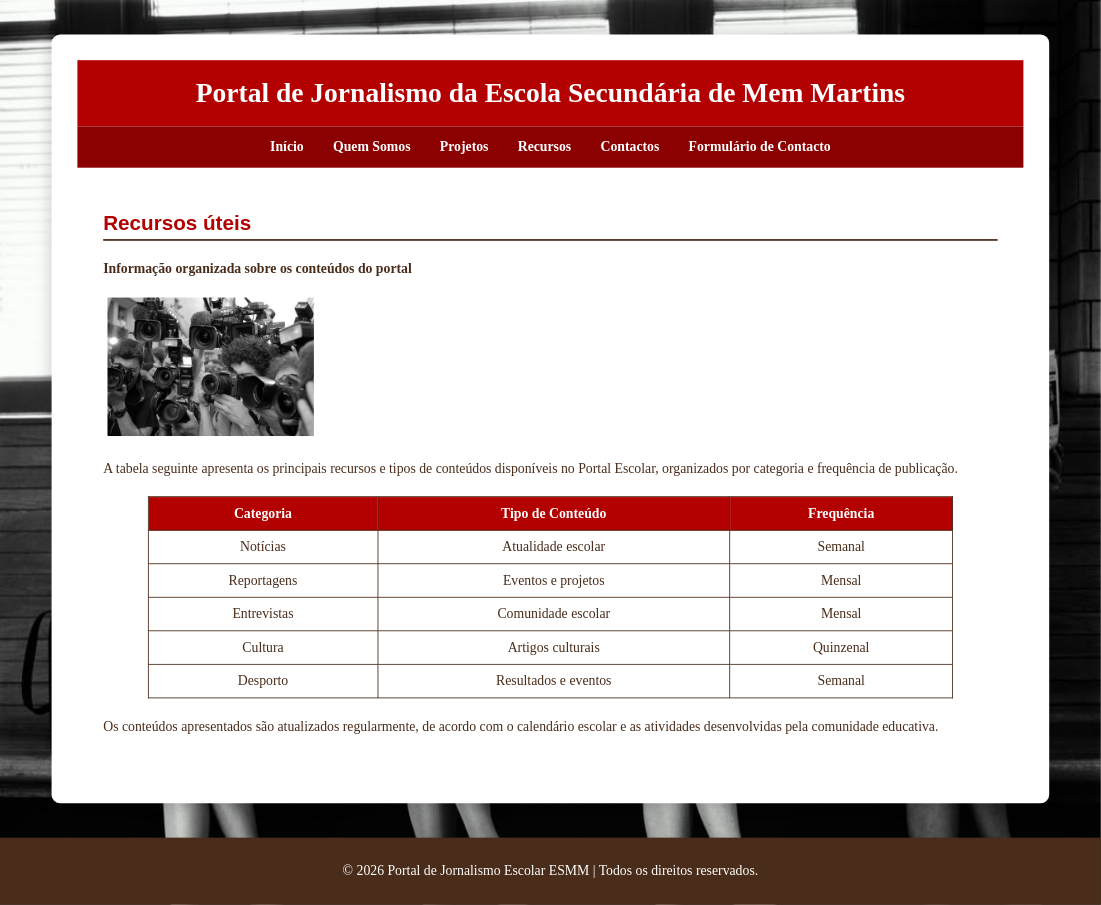
Repository: Sofiampsantos/Portal-de-Jornalismo-Escolar
Page: ProjetoProgV2/FormularioContacto/src/main/webapp/recursos.html
The author's editor kept a copy of each file at every save. The page is drawn from the files as they stood at one save, then again after the next save.
The browser window is 1280 px wide. The pictures show the whole page, at 86% of full size.
Backgrounds fixed to the window are drawn as part of the page. Some web fonts or font styles are not loaded; a fallback is used.

Above is the page before, as saved 2026-05-23 19:16:03.
Console error: TypeError: Cannot set properties of null (setting 'innerText')

### ProjetoProgV2/FormularioContacto/src/main/webapp/recursos.html
<!DOCTYPE html>
<html>
<head>
<meta charset="UTF-8">
<title>Portal de Jornalismo Escolar - ESMM - Recursos</title>
<link rel="stylesheet" href="styles/estilo.css">
</head>
<body style="background-image: url('img/jornmulheres.jpg'); background-size: cover; background-repeat: no-repeat; background-attachment: fixed; background-position: center;">

 <div class="container">

<header id="topo">
	<h1>Portal de Jornalismo da Escola Secundária de
	     Mem Martins</h1>
</header>

<nav id="navegacao">
		<ul>
			<li><a href="index.html">Início</a></li>
			<li><a href="quem_somos.html">Quem Somos</a></li>
			<li><a href="projetos.html">Projetos</a></li>
			<li><a href="recursos.html">Recursos</a></li>
			<li><a href="contactos.html">Contactos</a></li>
			<li><a href="contato.jsp">Formulário de Contacto</a></li>
		</ul>
</nav>
<section id="conteudo">

		<h2>Recursos úteis</h2>
		<p>
			<strong>Informação organizada sobre os conteúdos do portal</strong></p>

			<img alt="Fotografia do Portal de Jornalismo Escolar"
		 		src="img/cameras.jpg">

			<p>A tabela seguinte apresenta os principais recursos e tipos de
			conteúdos disponíveis no Portal Escolar, organizados por categoria
			e frequência de publicação.</p>

			<table>
                <tr>
                    <th>Categoria</th>
                    <th>Tipo de Conteúdo</th>
                    <th>Frequência</th>
                </tr>
                <tr>
                    <td>Notícias</td>
                    <td>Atualidade escolar</td>
                    <td>Semanal</td>
                </tr>

                <tr>
                    <td>Reportagens</td>
                    <td>Eventos e projetos</td>
                    <td>Mensal</td>
                </tr>

                <tr>
                    <td>Entrevistas</td>
                    <td>Comunidade escolar</td>
                    <td>Mensal</td>
                </tr>

                <tr>
                    <td>Cultura</td>
                    <td>Artigos culturais</td>
                    <td>Quinzenal</td>
                </tr>

                <tr>
                    <td>Desporto</td>
                    <td>Resultados e eventos</td>
                    <td>Semanal</td>
                </tr>
            </table>

            <p>Os conteúdos apresentados são atualizados regularmente, de acordo com o
        calendário escolar e as atividades desenvolvidas pela comunidade educativa.</p>

        </section>
        </div>

<footer id="rodape">
		<p>&copy; 2026 Portal de Jornalismo Escolar ESMM | Todos os direitos
			reservados.</p>
	</footer>

	<script src="scripts/script.js"></script>

</body>
</html>

### ProjetoProgV2/FormularioContacto/src/main/webapp/styles/estilo.css
@charset "UTF-8";
@import url('https://fonts.googleapis.com/css2?family=League+Spartan:wght@400;600;700&display=swap');


/* ===== ESTILO GERAL ===== */
body {
    margin: 0;
    padding: 0;
    font-family: "Times New Roman", Times, serif;
    color: #4a2c1a;
}

.container {
    max-width: 1100px;
    margin: 40px auto;
    background-color: white;
    padding: 30px;
    border-radius: 10px;
    box-shadow: 0 0 20px rgba(0,0,0,0.2);
}

/* ===== CABEÇALHO ===== */
#topo {
    background-color: #b30000;
    color: #ffffff;
    padding: 20px;
    text-align: center;
}

#topo h1 { margin: 0; }

/* ===== NAVEGAÇÃO ===== */
nav {
    display: flex;
    justify-content: center;
    background-color: #8B0000;
    padding: 15px 0;
}

nav ul {
    list-style: none;
    padding: 0;
    margin: 0;
}

nav ul li {
    display: inline;
    margin: 0 15px;
}

nav a {
    color: white;
    text-decoration: none;
    font-weight: bold;
}

nav a:hover {
    text-decoration: underline;
}

/* ===== CONTEÚDO E TÍTULOS ===== */
#conteudo { padding: 30px; animation: aparecer 2s ease-in; }

h2 {
    color: #b30000;
    border-bottom: 2px solid #4a2c1a;
    padding-bottom: 5px;
    font-family: 'League Spartan', Arial, sans-serif;
}

p { line-height: 1.6; }

/* ===== IMAGENS ===== */
/* Imagem do logo com classe específica */
.logo { width: 184px; height: 211px; }

/* Imagens do conteúdo */
section img {
    width: 240px;
    height: auto;
    margin: 5px;
}

/* ===== TABELA ===== */
table {
    width: 90%;
    margin: 20px auto;
    border-collapse: collapse;
}

th, td {
    padding: 10px;
    border: 1px solid #4a2c1a;
    text-align: center;
}

th { background-color: #b30000; color: #ffffff; }

/* CORREÇÃO MÁXIMA: Força os links de ordenação a ficarem brancos em qualquer estado */
th a,
th a:link,
th a:visited,
th a:active {
    color: #ffffff !important;
    text-decoration: none !important;
}

th a:hover {
    text-decoration: underline !important;
    color: #ffffff !important;
}

/* ===== FORMULÁRIO ===== */
form {
    max-width: 600px;
    margin: 40px auto;
    padding: 30px;
    border-top: 6px solid #8B0000;
    box-shadow: 0 4px 10px rgba(0, 0, 0, 0.1);
}

form input, form textarea, form select {
    width: 100%;
    padding: 10px;
    margin-top: 5px;
    border: 1px solid #c4a484;
}

/* ===== RODAPÉ ===== */
#rodape {
    background-color: #4a2c1a;
    color: #ffffff;
    text-align: center;
    padding: 10px;
    margin-top: 40px;
}

/* ===== ANIMAÇÕES ===== */
@keyframes aparecer {
    from { opacity: 0; }
    to { opacity: 1; }
}

.card { transition: transform 0.3s ease; }
.card:hover { transform: translateY(-5px); }

### ProjetoProgV2/FormularioContacto/src/main/webapp/scripts/script.js
function mostrarMensagem() {
	alert("Estás no Portal de Jornalismo Escolar!");
}

function confirmarPortal() {
	var resposta = confirm("Tens uma notícia ou sugestão?");
	var paragrafo = document.getElementById("resposta");

	if (paragrafo) {
		if(resposta) {
			paragrafo.innerHTML = "Obrigado por contribuir para o Portal Escolar.";
		} else {
			paragrafo.innerHTML = "Talvez noutra altura!";
		}
	} else {
		alert("Erro: element <p id= 'resposta'> não encontrado");
	}
}

function validarFormulario(){
	var nome = document.formulario.nome.value;

	if (nome == "") {
		alert("Por favor, preenche o campo Nome.")
		return false;
}
		alert("Formulário enviado com sucesso!");
		return true;
}

function pedirNome(){
	var nome = prompt("Qual é o teu nome?");

	if (nome != nul && nome != "") {
		documente.getElementById("boasvindas").innerHTML =
		"Olá, " + nome + "! Bem-vindo ao Portal Escolar.";
	}
}

document.addEventListener("DOMContentLoaded", function (){
	document.getElementById("mensagem").innerText=
	"Site carregado com sucesso!";

});

/**`
*
*/

After the next save:
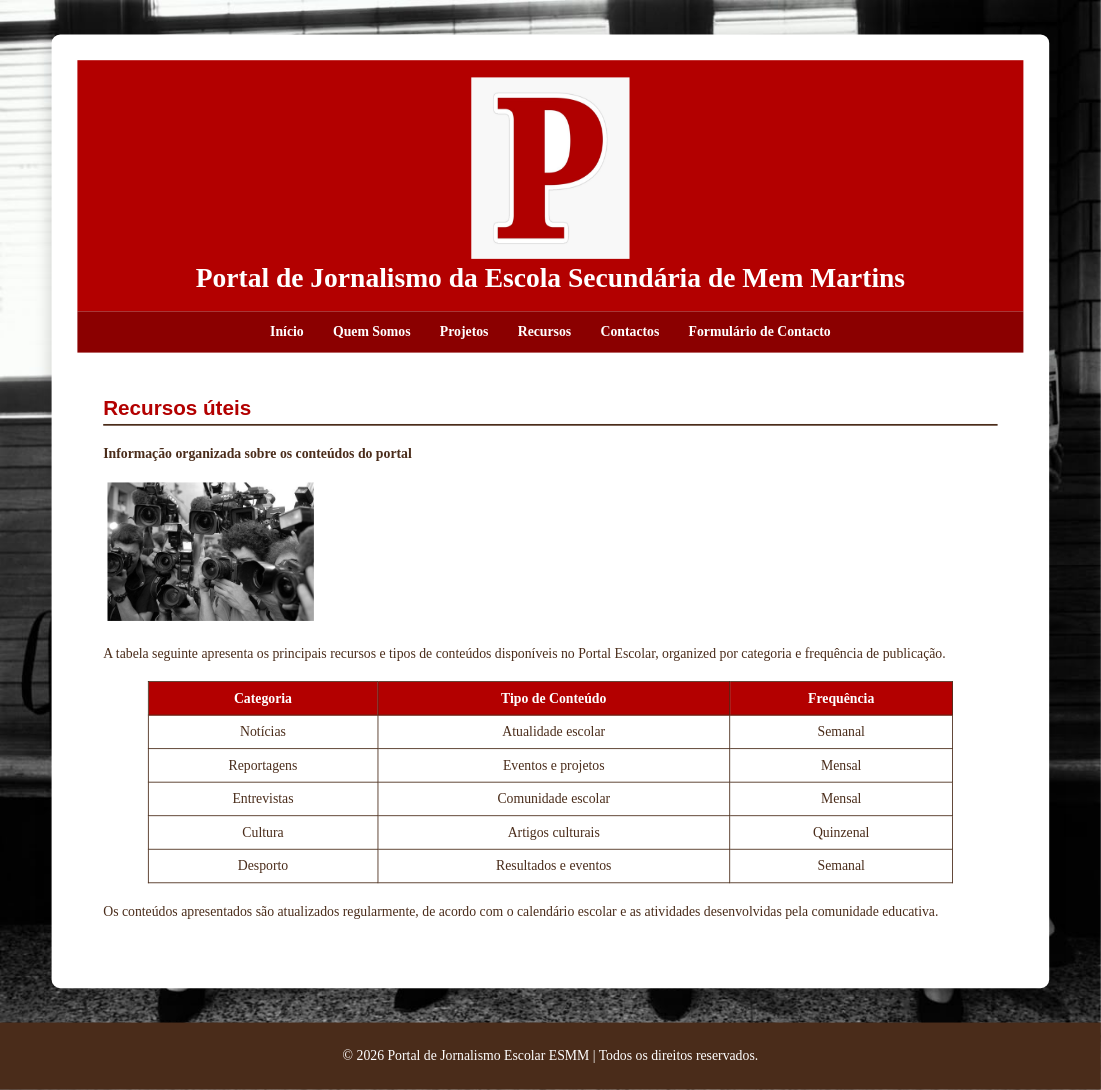
Saved 55 s later.
--- a/ProjetoProgV2/FormularioContacto/src/main/webapp/recursos.html
+++ b/ProjetoProgV2/FormularioContacto/src/main/webapp/recursos.html
@@ -10,6 +10,8 @@
  <div class="container">
 
 <header id="topo">
+    <img alt="Fotografia do Portal de Jornalismo Escolar"
+         src="img/logoP.jpg" style="width: 184px; height: 211px;">
 	<h1>Portal de Jornalismo da Escola Secundária de
 	     Mem Martins</h1>
 </header>
@@ -34,14 +36,14 @@
 		 		src="img/cameras.jpg">
 
 			<p>A tabela seguinte apresenta os principais recursos e tipos de
-			conteúdos disponíveis no Portal Escolar, organizados por categoria
+			conteúdos disponíveis no Portal Escolar, organized por categoria
 			e frequência de publicação.</p>
 
 			<table>
                 <tr>
-                    <th>Categoria</th>
-                    <th>Tipo de Conteúdo</th>
-                    <th>Frequência</th>
+                    <th><a href="#" style="color: white; text-decoration: none;">Categoria</a></th>
+                    <th><a href="#" style="color: white; text-decoration: none;">Tipo de Conteúdo</a></th>
+                    <th><a href="#" style="color: white; text-decoration: none;">Frequência</a></th>
                 </tr>
                 <tr>
                     <td>Notícias</td>
